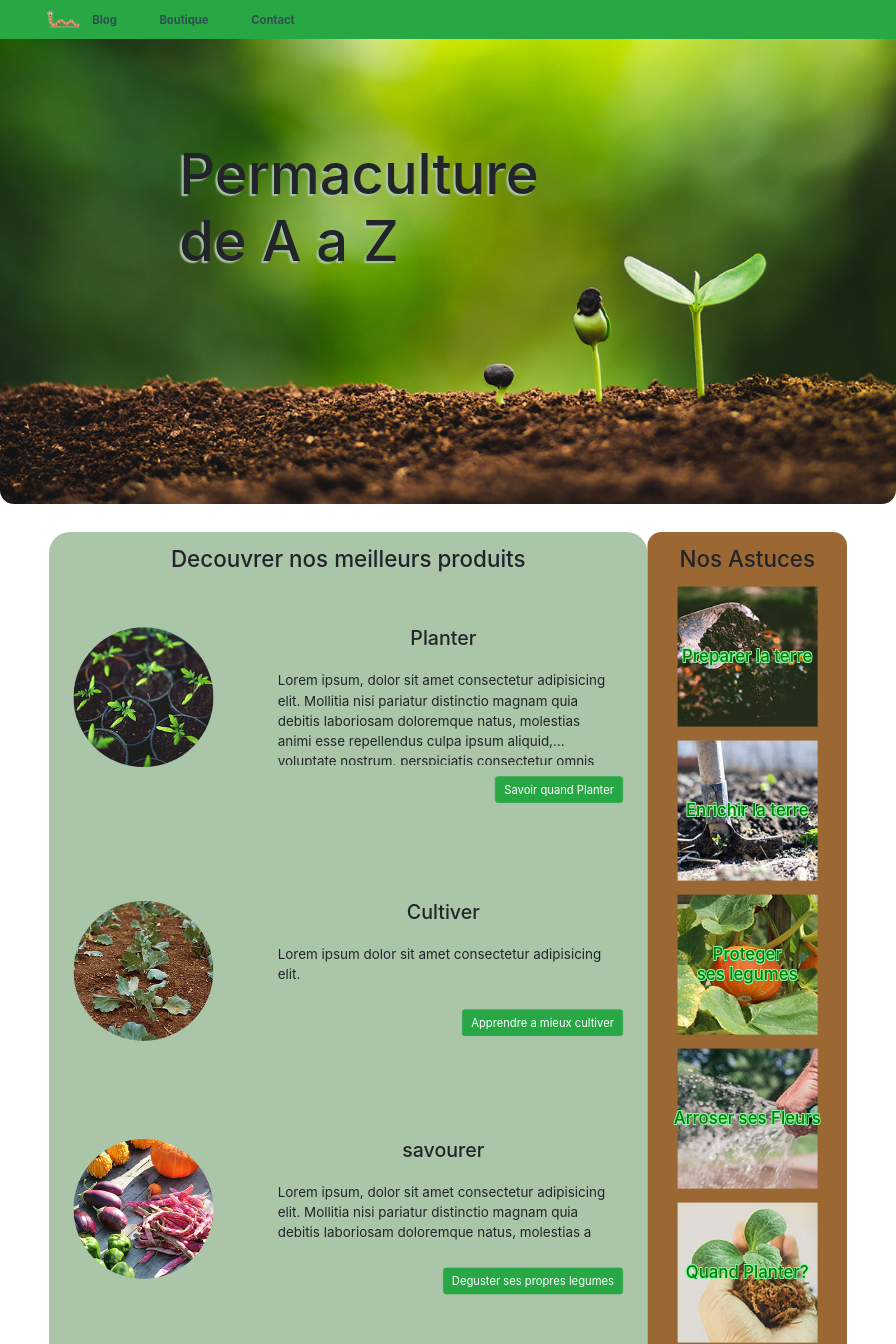
Repository: ahthionkevin/permaculture
Page: index.html
These files come from the project's save history. The page is drawn as it stood at one moment and after the next save; the edit follows.
The browser window is 1280 px wide. The pictures show the part of the page from y = 0 to 1920 px (the page is 2719 px tall), at 70% of full size.
Backgrounds fixed to the window are drawn as part of the page.

Above is the page before, as saved 2021-07-07 07:21:17.

### index.html
<!DOCTYPE html>
<html lang="fr">
<head>
    <meta charset="UTF-8">
    <meta http-equiv="X-UA-Compatible" content="IE=edge">
    <meta name="viewport" content="width=device-width, initial-scale=1.0">
    <title>Document</title>
    <link rel="stylesheet" href="./bootstrap.css">
    <link rel="stylesheet" href="./style.css">
</head>
<body>
    <header>
        <nav class="navbar navbar-expand-sm bg-success fixed-top">
            <div class="collapse navbar-collapse">
                <a href="#" class="nav-tem"><img src="./media/logo.png" alt="logo"></a>

                <a href="blog.html" class="nav-item nav-link">Blog</a>
                <a href="#" class="nav-item nav-link">Boutique</a>
                <a href="#" class="nav-item nav-link">Contact</a>
            </div>
        </nav>
        <h1>Permaculture <br>de A a Z</h1>
    </header>

    <main>
    <div class="container">
        <div class="row">
            <div class="col-lg-9" id="leftPart">
                <h2>Decouvrer nos meilleurs produits</h2>
                <div class="container">
                    <div class="row element">
                        <div class="col-sm-4">
                            <img src="./media/planter.jpg" alt="planter">
                        </div>
                        <div class="col-sm-8">
                            <h3>Planter</h3>
                            <p>Lorem ipsum, dolor sit amet consectetur adipisicing elit. Mollitia nisi pariatur distinctio magnam quia debitis laboriosam doloremque natus, molestias animi esse repellendus culpa ipsum aliquid, voluptate nostrum, perspiciatis consectetur omnis ipsa beatae? Debitis commodi rem voluptatum porro illo accusantium voluptas.</p>
                            <div class="bouton">
                                <button class="btn btn-success">Savoir quand Planter</button>
                            </div>

                        </div>
                    </div>

                    <div class="row element">
                        <div class="col-sm-4">
                            <img src="./media/cultiver.jpg" alt="cultiver">
                        </div>
                        <div class="col-sm-8">
                            <h3>Cultiver</h3>
                            <p>Lorem ipsum dolor sit amet consectetur adipisicing elit.</p>
                            <div class="bouton">
                                <button class="btn btn-success">Apprendre a mieux cultiver</button>
                            </div>

                        </div>
                    </div>

                    <div class="row element">
                        <div class="col-sm-4">
                            <img src="./media/savourer.jpg" alt="savourer">
                        </div>
                        <div class="col-sm-8">
                            <h3>savourer</h3>
                            <p>Lorem ipsum, dolor sit amet consectetur adipisicing elit. Mollitia nisi pariatur distinctio magnam quia debitis laboriosam doloremque natus, molestias a</p>
                            <div class="bouton">
                                <button class="btn btn-success">Deguster ses propres legumes</button>
                            </div>

                        </div>
                    </div>
                </div>
            </div>

            <div class="col-lg-3" id="rightPart">
                <h2>Nos Astuces</h2>
                <div class="tips" style="background: url(./media/preparer.jpeg) no-repeat 50% 50%;">
                    <h4>Preparer la terre</h4>
                </div>

                <div class="tips" style="background: url(./media/enrichir.jpeg) no-repeat 50% 50%;">
                    <h4>Enrichir la terre</h4>
                </div>

                <div class="tips" style="background: url(./media/proteger.jpg) no-repeat 50% 50%;">
                    <h4>Proteger <br>ses legumes</h4>
                </div>

                <div class="tips" style="background: url(./media/arroser.jpg) no-repeat 50% 50%;">
                    <h4>Arroser ses Fleurs</h4>
                </div>

                <div class="tips" style="background: url(./media/quand-planter.jpeg) no-repeat 50% 50%;">
                    <h4>Quand Planter?</h4>
                </div>
            </div>
        </div>
    </div>

    <div id="transition">
        <img src="./media/transition.png" alt="rateau">
    </div>

    <div id="newsLetter">
        <h4>Recevez des Astuces tous les jours, Inscrivez vous a notre NewsLetter</h4>
        <div class="input-group">
            <input type="email" class="form-control" placeholder="Votre Email ici ...">
            <div class="input-group-append">
                <button class="btn btn-success" type="submit">Je veux etre informe</button>
            </div>
        </div>
    </div>
    </main>


    <footer>
        <img src="./media/logo.png" alt="logo">
        <p>
            fromScratch, 2021 &copy;
        </p>
    </footer>

    <script src="./jquery.min.js"></script>
    <script src="./script.js"></script>
</body>
</html>

### style.css
html{
    scroll-behavior: smooth;
}

h2, h3, h4, .nav-item, #transition, footer{
    text-align: center;
}

header{
    background: url(./media/main.jpg) no-repeat fixed 50% 50%;
    background-size: cover;
    height: 100vh;
    border-radius: 0 0 20px 20px;
    margin-bottom: 40px;
}

.collapse{
    margin-left: 4%;
}

.nav-item{
    color: darkslategray;
    font-weight: bold;
    padding-right: 45px;
}

h1{
    font-size: 5rem;
    padding: 200px 0 0 20%;
    text-shadow: -3px 3px 2px #abc5a9;
    animation: titre ease 3.5s;
}

@keyframes titre {
    0%{
        opacity: 0;
        transform: translate(0px,180px);
    }
    100%{
        opacity: 1;
        transform: translate(0px,0px);
    }
}


/* *******************LEFT PART***************** */
#leftPart{
    background-color: #abc5a9;
    border-radius: 30px;
    padding: 20px;
}

.element{
    padding: 70px 0;
}

.element img{
    border-radius: 50%;
    width: 200px;
}

.element p{
    font-size: 1.2rem;
    display: -webkit-box;
    -webkit-box-orient: vertical;
    -webkit-line-clamp: 4;
    overflow: hidden;
    padding: 20px;
}
.element .bouton{
    text-align: right;
    max-width: 15px 4% 0 0;
}


/* ***************RIGHT PART*********** */
#rightPart{
    background-color: #9b6833;
    border-radius: 20px;
    padding: 20px;
}

.tips{
    height: 200px;
    margin: 20px auto;
    transition: 0.4s ease-out;
}

.tips h4{
    position: relative;
    color: green;
    top: 50%;
    transform: translateY(-50%);
    text-shadow: 1px 1px 0  #8cf5a9,1px -1px 0  #8cf5a9,-1px 1px 0  #8cf5a9,-1px -1px 0  #8cf5a9,1px 0px 0  #8cf5a9,0px 1px 0  #8cf5a9;
}

.tips:hover{
    opacity: 0.7;
    transform: scale(110%);
}


#transition{
    padding: 50px 0;
}

#transition img{
    animation: rateau linear 8s;
    animation-iteration-count: infinite;
    transform-origin: 50% 50%;
  }

  @keyframes rateau{
    0% {
      transform:  translate(0px,0px)  ;
    }
    7% {
      transform:  translate(66px,1px)  ;
    }
    20% {
      transform:  translate(2px,0px)  ;
    }
    31% {
      transform:  translate(56px,1px)  ;
    }
    49% {
      transform:  translate(-1px,3px)  ;
    }
    58% {
      transform:  translate(69px,1px)  ;
    }
    74% {
      transform:  translate(2px,3px)  ;
    }
    82% {
      transform:  translate(81px,1px)  ;
    }
    100% {
      transform:  translate(2px,5px)  ;
    }
  }

  #newsLetter{
      background: url(./media/newsletter.jpeg) no-repeat 50% 50%;
      background-size: cover;
      width: 70%;
      height: 370px;
      min-width: 450px;
      margin:0 auto;
      border-radius: 50%;
      margin-bottom: 70px;
  }

  #newsLetter h4{
      padding: 100px 0 20px 0;
      margin-top: 15px;
      font-size: 2rem;
      text-shadow: 1px 1px 0  #8cf5a9,1px -1px 0  #8cf5a9,-1px 1px 0  #8cf5a9,-1px -1px 0  #8cf5a9,1px 0px 0  #8cf5a9,0px 1px 0  #8cf5a9;

  }

  #newsLetter .input-group{
      width:40%;
      min-width: 350px;
      margin:0 auto;
  }

  footer{
      background-color: #bcf5a9;
      padding: 15px 0 4px 0;
  }

### script.js
$(document).ready(function(){

    $(".navbar").hide();

    $(function(){
        $(window).scroll(function(){

            if($(this).scrollTop()>140)
                $('.navbar').fadeIn();
        })
    })
})

Loaded but not shown: bootstrap.css (library); jquery.min.js (library)

After the next save:
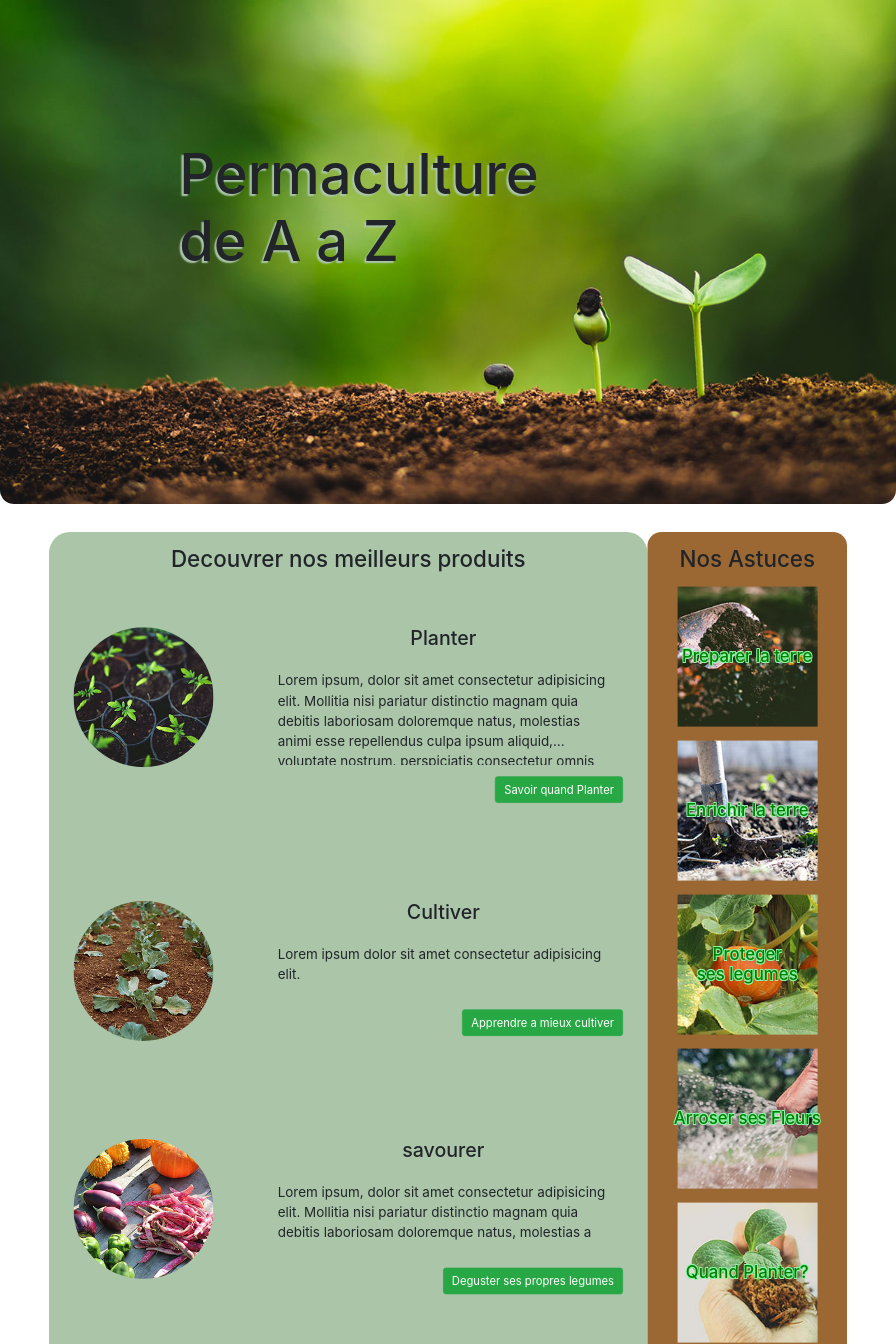
Saved 33 s later.
--- a/script.js
+++ b/script.js
@@ -7,6 +7,8 @@ $(document).ready(function(){
 
             if($(this).scrollTop()>140)
                 $('.navbar').fadeIn();
+            else
+            $('.navbar').fadeOut();
         })
     })
 })
